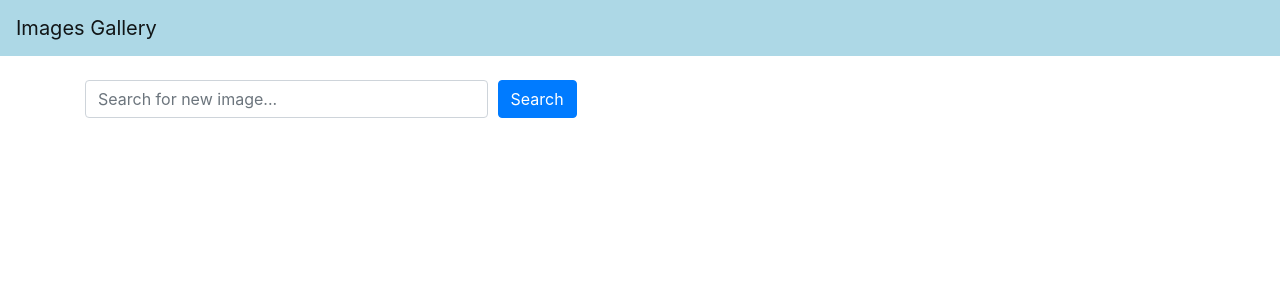
Repository: Zolds403/images-gallery
Page: / (app in frontend/)
The author's editor kept a copy of each file at every save. The page is drawn from the files as they stood at one save, then again after the next save.
The browser window is 1280 px wide. The pictures show the whole page.
The project was rebuilt for these pictures with package versions that can differ from the ones it lists, and the page was loaded fresh each time.

Above is the page before, as saved 2021-06-03 18:46:02.

### frontend/src/index.js
//jshint esversion: 8
import React from 'react';
import ReactDOM from 'react-dom';
import './css/index.css';
import App from './App';
ReactDOM.render(
  <React.StrictMode>
    <App />
  </React.StrictMode>,
  document.getElementById('root')
);

### frontend/src/App.js
//jshint esversion: 8
import 'bootstrap/dist/css/bootstrap.min.css';
import Header from './components/Header';
import Search from './components/Search';

function App() {
  return (
    <div className="App">
     <Header title="Images Gallery"/>
     <Search />
    </div>
  );
}

export default App;

### frontend/src/components/Header.js
//jshint esversion: 8
import React from 'react';
import { Navbar } from 'react-bootstrap';

const navBarStyle = {
    backgroundColor: 'lightblue'
}

const Header = (props) => {
    const { title } = props;
    return(
        <Navbar style={navBarStyle} variant="light">
            <Navbar.Brand href="/">{props.title}</Navbar.Brand>
        </Navbar>
    )
};

export default Header;

### frontend/src/components/Search.js
//jshint esversion: 8
import React from 'react';
import { Container, Row, Col, Form, Button } from 'react-bootstrap';

const Search = () => {
    return (
      <Container className="mt-4">
        <Row className="justify-content">
          <Col xs={12} md={8} lg={6}>
            <Form>
              <Form.Row>
                <Col xs={9}>
                  <Form.Control placeholder="Search for new image..." />
                </Col>
                <Col>
                  <Button variant="primary" type="submit">Search</Button>
                </Col>
              </Form.Row>
            </Form>
          </Col>
        </Row>
      </Container>
    );
};

export default Search;

Loaded but not shown: frontend/public/index.html (common file); frontend/src/css/index.css (common file)

After the next save:
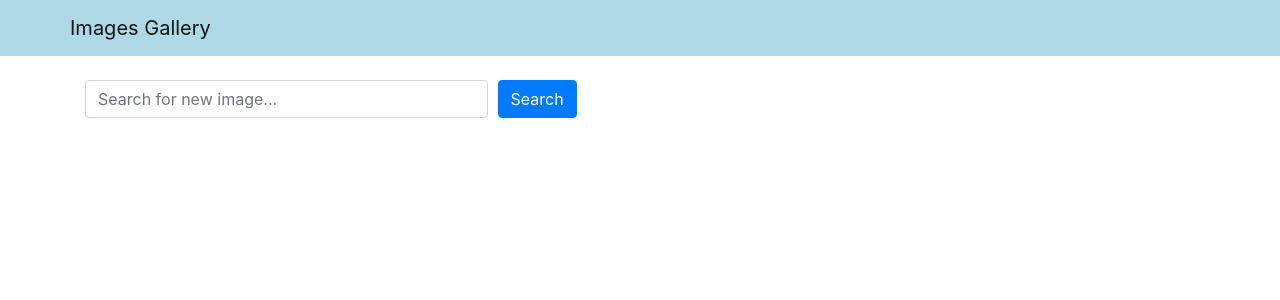
Saved 109 s later.
--- a/frontend/src/components/Header.js
+++ b/frontend/src/components/Header.js
@@ -1,6 +1,6 @@
 //jshint esversion: 8
 import React from 'react';
-import { Navbar } from 'react-bootstrap';
+import { Navbar, Container } from 'react-bootstrap';
 
 const navBarStyle = {
     backgroundColor: 'lightblue'
@@ -10,7 +10,10 @@ const Header = (props) => {
     const { title } = props;
     return(
         <Navbar style={navBarStyle} variant="light">
-            <Navbar.Brand href="/">{props.title}</Navbar.Brand>
+            <Container>
+                <Navbar.Brand href="/">{props.title}</Navbar.Brand>
+            </Container>
+
         </Navbar>
     )
 };
